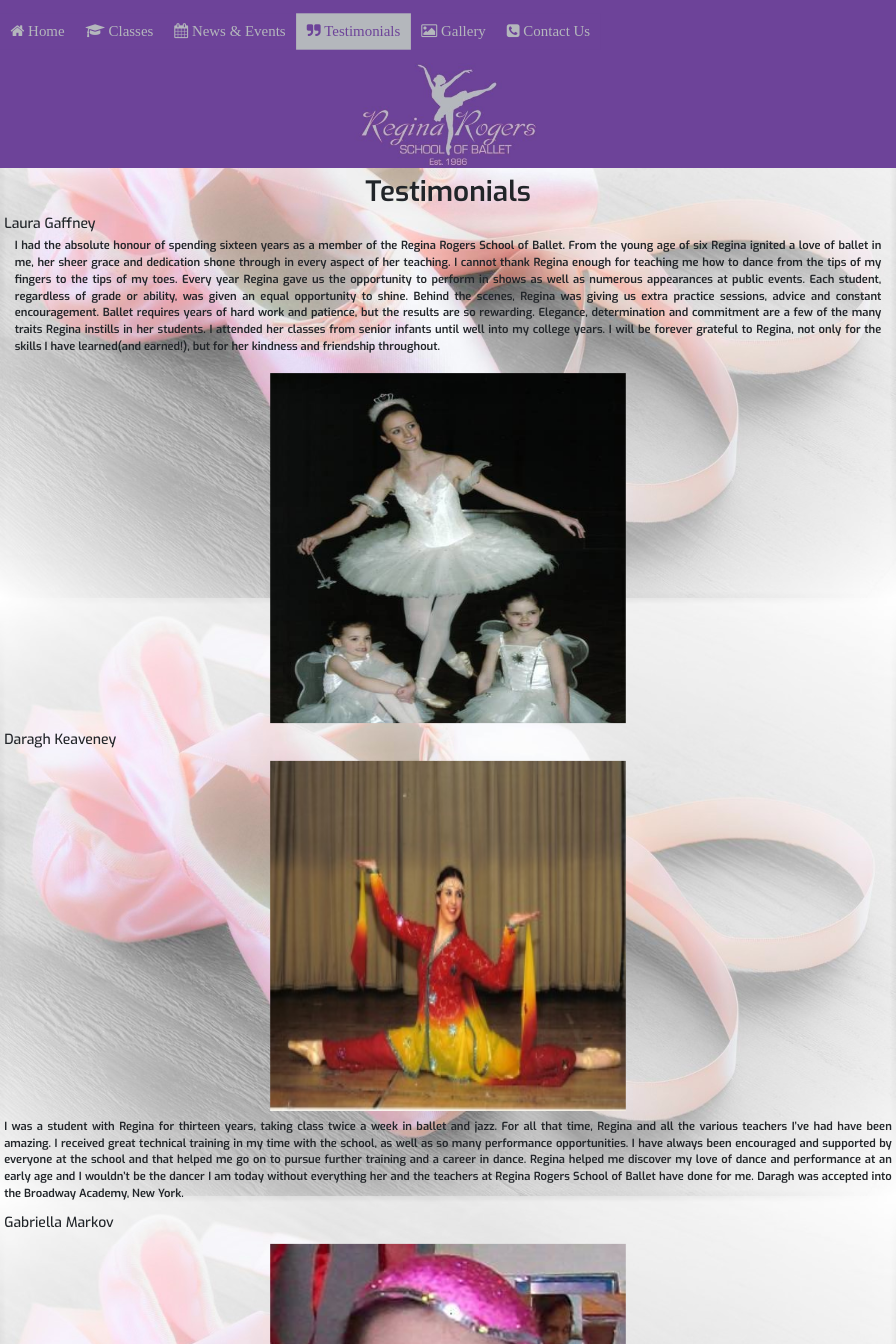
Repository: davidtmiller2010/galwayballet
Page: Testimonial.html
The author's editor kept a record of every edit. The page is drawn from the files as they stood at one moment, then again after the next edit.
The browser window is 1280 px wide. The pictures show the part of the page from y = 0 to 1920 px (the page is 3143 px tall before and 3175 px after), at 70% of full size.

Above is the page before.

After the next edit:
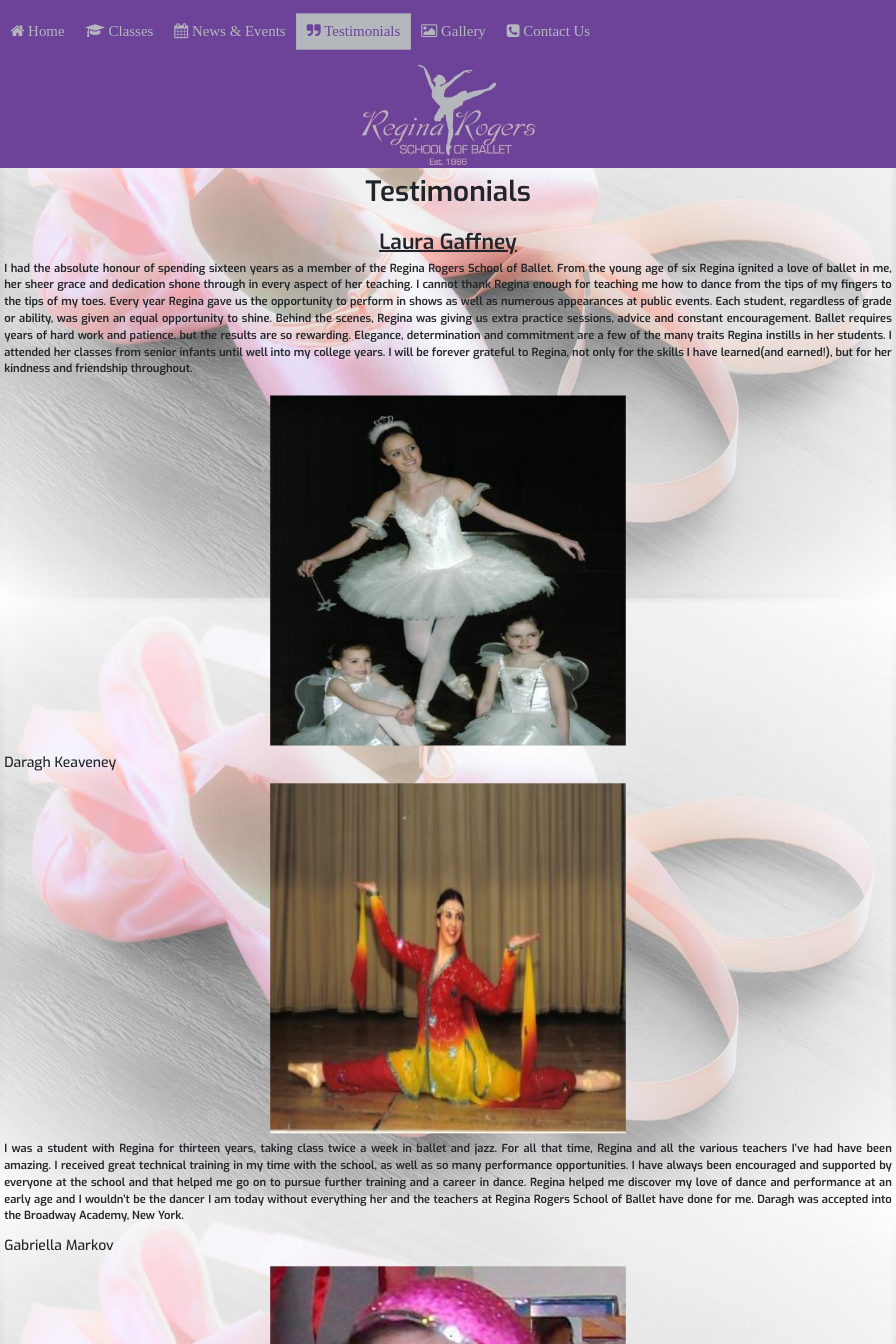
The edit:
--- a/Testimonial.html
+++ b/Testimonial.html
@@ -33,8 +33,8 @@
         <h2 class=heading>Testimonials</h2>
         <div class="row">
             <div class="testimonials">
-                <h5>Laura Gaffney</h5>
-                <p class="col-12">I had the absolute honour of spending sixteen years as a member of the Regina Rogers School of Ballet. From the young age of six Regina ignited a love of ballet in me, her sheer grace and dedication shone through in every aspect of her
+                <h5 class="testhead">Laura Gaffney</h5>
+                <p>I had the absolute honour of spending sixteen years as a member of the Regina Rogers School of Ballet. From the young age of six Regina ignited a love of ballet in me, her sheer grace and dedication shone through in every aspect of her
                     teaching. I cannot thank Regina enough for teaching me how to dance from the tips of my fingers to the tips of my toes. Every year Regina gave us the opportunity to perform in shows as well as numerous appearances at public events.
                     Each student, regardless of grade or ability, was given an equal opportunity to shine. Behind the scenes, Regina was giving us extra practice sessions, advice and constant encouragement. Ballet requires years of hard work and patience,
                     but the results are so rewarding. Elegance, determination and commitment are a few of the many traits Regina instills in her students. I attended her classes from senior infants until well into my college years. I will be forever grateful
